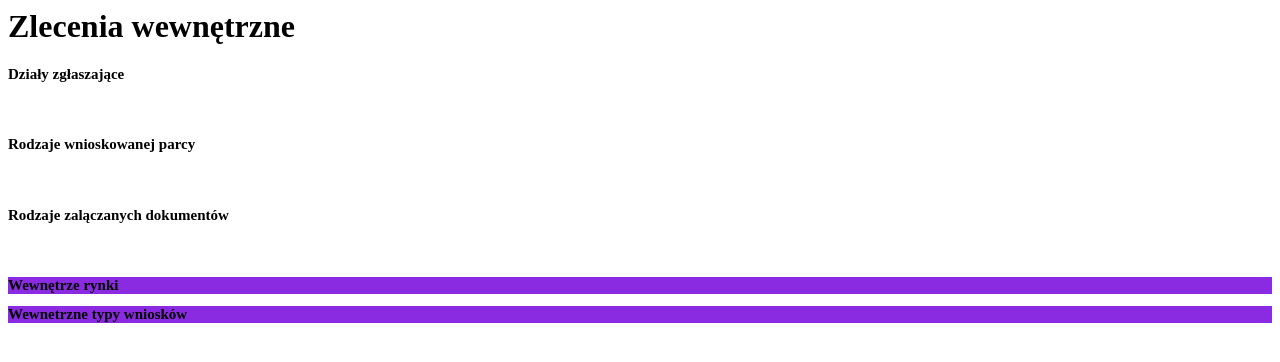
Repository: emdes515/EHpanel
Page: html/dashboardZleceniaWewnetrzne.html
These files come from the project's save history. The page is drawn as it stood at one moment and after the next save; the edit follows.
The browser window is 1280 px wide. The pictures show the whole page.

Above is the page before, as saved 2024-04-18 07:44:38.
Console error: ReferenceError: $ is not defined

### html/dashboardZleceniaWewnetrzne.html
<style>
	h2 {
		font-size: 15px;
		margin-top: 10px;
	}
</style>

<h1 class="text-center w-100">Zlecenia wewnętrzne</h1>

<div
	class="d-grid grid-col container-fluid text-center"
	style="height: 80vh">
	<div class="row">
		<div
			class="col border-primary"
			id="dashboardZleceniaWewnetrzneDzialyZglaszajace">
			<h2 style="height: 10%">Działy zgłaszające</h2>
			<div id="dashboardZleceniaWewnetrzneDzialyZglaszajacePulpit"></div>
		</div>

		<div
			class="col border-primary"
			id="dashboardZleceniaWewnetrzneRodzajeWnioskowanejPracy">
			<h2 style="height: 10%">Rodzaje wnioskowanej parcy</h2>
			<div id="dashboardZleceniaWewnetrzneRodzajeWnioskowanejPracyPulpit"></div>
		</div>

		<div
			class="col border-primary"
			id="dashboardZleceniaWewnetrzneRodzajeZalaczanychDokumentow">
			<h2 style="height: 10%">Rodzaje zalączanych dokumentów</h2>
			<div id="dashboardZleceniaWewnetrzneRodzajeZalaczanychDokumentowPulpit"></div>
		</div>
	</div>

	<div class="row">
		<div
			class="col-4 border-primary"
			style="background-color: blueviolet"
			id="dashboardZleceniaWewnetrzneRynki">
			<h2>Wewnętrze rynki</h2>
			<div id="dashboardZleceniaWewnetrzneRynkiPulpit"></div>
		</div>

		<div
			class="col-4 border-primary"
			style="background-color: blueviolet"
			id="dashboardZleceniaWewnetrzneTypyWnioskow">
			<h2>Wewnetrzne typy wniosków</h2>
			<div id="dashboardZleceniaWewnetrzneTypyWnioskowPulpit"></div>
		</div>
	</div>

	<script
		type="text/javascript"
		src="js/dashboardZleceniaWewnetrzne.js"></script>
</div>

### js/dashboardZleceniaWewnetrzne.js
$(document).ready(function () {
	const daneJSON = wczytajDane('php/index.php', {
		modul: 'dashboardZleceniaWewnetrzne',
		funkcja: 'wczytaj',
		idPracownika: wczytajDane('php/index.php', {
			modul: 'logowanie',
			funkcja: 'getIdPracownika',
		}).wynik,
	});

	if (daneJSON['menu_zleceniaWewnetrzne_dzialZglaszajacy'].menu_zleceniaWewnetrzne_dzialZglaszajacy)
		$('#dashboardZleceniaWewnetrzneDzialyZglaszajacePulpit').html(
			daneJSON['menu_zleceniaWewnetrzne_dzialZglaszajacy'].html
		);
	else $('#dashboardZleceniaWewnetrzneDzialyZglaszajacePulpit').load('html/brakUprawnien.html');

	if (
		daneJSON['menu_zleceniaWewnetrzne_rodzajWnioskowanejPracy']
			.menu_zleceniaWewnetrzne_rodzajWnioskowanejPracy
	)
		$('#dashboardZleceniaWewnetrzneRodzajeWnioskowanejPracyPulpit').html(
			daneJSON['menu_zleceniaWewnetrzne_rodzajWnioskowanejPracy'].html
		);
	else
		$('#dashboardZleceniaWewnetrzneRodzajeWnioskowanejPracyPulpit').load('html/brakUprawnien.html');

	if (
		daneJSON['menu_zleceniaWewnetrzne_rodzajZalaczanychDokumentow']
			.menu_zleceniaWewnetrzne_rodzajZalaczanychDokumentow
	)
		$('#dashboardZleceniaWewnetrzneRodzajeZalaczanychDokumentowPulpit').html(
			daneJSON['menu_zleceniaWewnetrzne_rodzajZalaczanychDokumentow'].html
		);
	else
		$('#dashboardZleceniaWewnetrzneRodzajeZalaczanychDokumentowPulpit').load(
			'html/brakUprawnien.html'
		);

	if (daneJSON['menu_zleceniaWewnetrzne_rynkek'].menu_zleceniaWewnetrzne_rynkek)
		$('#dashboardZleceniaWewnetrzneRynkiPulpit').html(
			daneJSON['menu_zleceniaWewnetrzne_rynkek'].html
		);
	else $('#dashboardZleceniaWewnetrzneRynkiPulpit').load('html/brakUprawnien.html');

	if (daneJSON['menu_zleceniaWewnetrzne_typWniosku'].menu_zleceniaWewnetrzne_typWniosku)
		$('#dashboardZleceniaWewnetrzneTypyWnioskowPulpit').html(
			daneJSON['menu_zleceniaWewnetrzne_typWniosku'].html
		);
	else $('#dashboardZleceniaWewnetrzneTypyWnioskowPulpit').load('html/brakUprawnien.html');
});

After the next save:
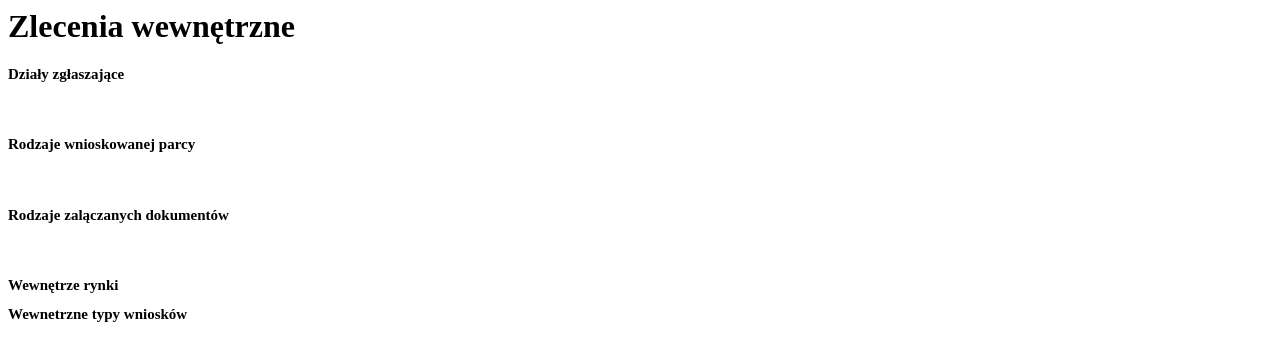
Saved 10 s later.
--- a/html/dashboardZleceniaWewnetrzne.html
+++ b/html/dashboardZleceniaWewnetrzne.html
@@ -36,7 +36,6 @@
 	<div class="row">
 		<div
 			class="col-4 border-primary"
-			style="background-color: blueviolet"
 			id="dashboardZleceniaWewnetrzneRynki">
 			<h2>Wewnętrze rynki</h2>
 			<div id="dashboardZleceniaWewnetrzneRynkiPulpit"></div>
@@ -44,7 +43,6 @@
 
 		<div
 			class="col-4 border-primary"
-			style="background-color: blueviolet"
 			id="dashboardZleceniaWewnetrzneTypyWnioskow">
 			<h2>Wewnetrzne typy wniosków</h2>
 			<div id="dashboardZleceniaWewnetrzneTypyWnioskowPulpit"></div>
